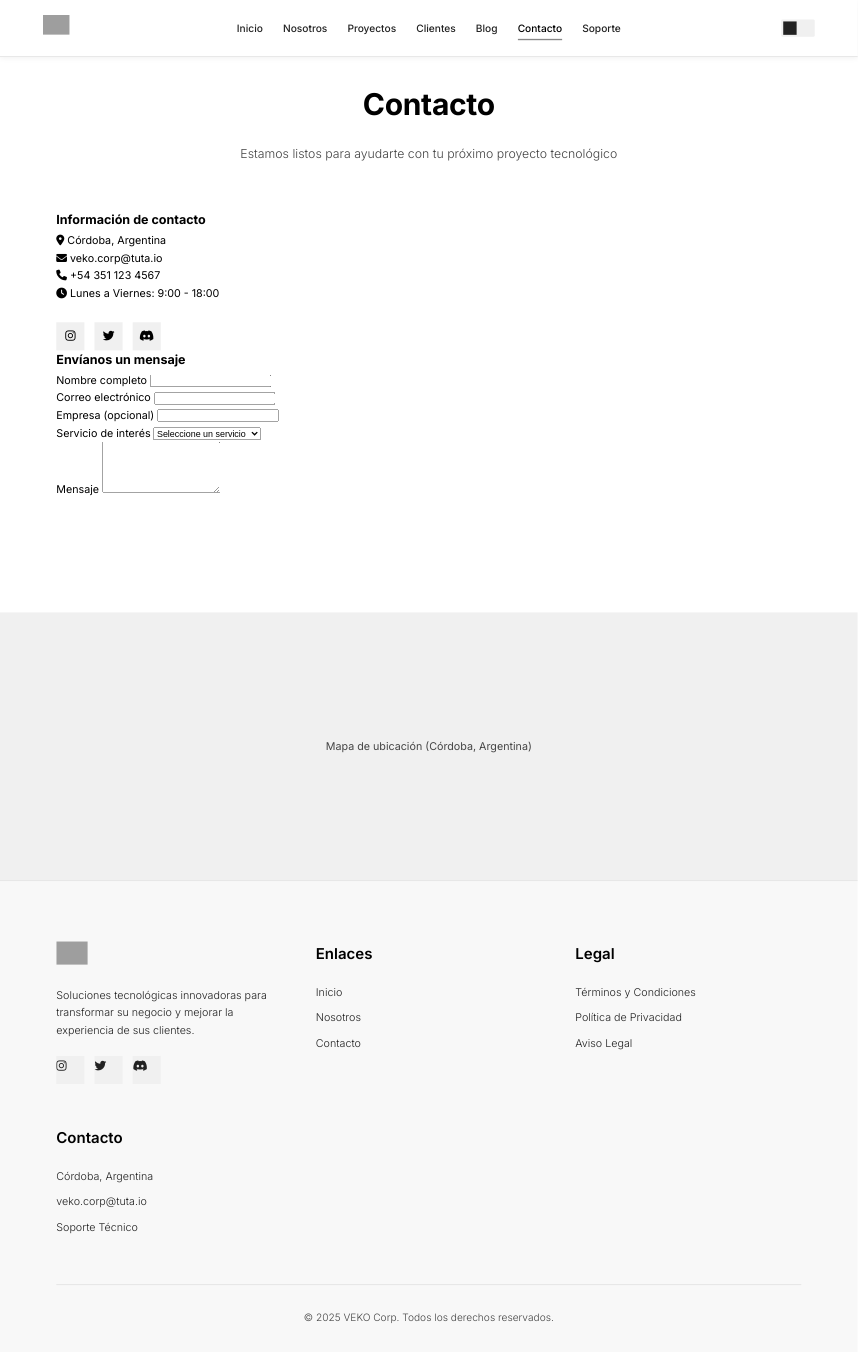
Repository: VEKO-Corp/veko-web
Page: contacto.html
These files come from the project's save history. The page is drawn as it stood at one moment and after the next save; the edit follows.
The browser window is 1280 px wide. The pictures show the whole page, at 67% of full size.
Pictures or frames that could not be fetched are drawn as grey boxes.

Above is the page before, as saved 2025-08-11 21:29:31.

### contacto.html
<!DOCTYPE html>
<html lang="es">
<head>
    <meta charset="UTF-8">
    <meta name="viewport" content="width=device-width, initial-scale=1.0">
    <title>VEKO - Contacto</title>
    <link href="https://fonts.googleapis.com/css2?family=Inter:wght@300;400;500;600;700&display=swap" rel="stylesheet">
    <link rel="stylesheet" href="css/style.css">
    <link rel="stylesheet" href="https://cdnjs.cloudflare.com/ajax/libs/font-awesome/6.4.0/css/all.min.css">
</head>
<body>
    <header>
        <div class="container header-container">
            <a href="index.html" class="logo">
                <img id="logo-image" src="img/logo-light.png" alt="VEKO">
            </a>
            <button class="mobile-menu-btn">☰</button>
            <nav>
                <ul>
                    <li><a href="index.html">Inicio</a></li>
                    <li><a href="nosotros.html">Nosotros</a></li>
                    <li><a href="proyectos.html">Proyectos</a></li>
                    <li><a href="clientes.html">Clientes</a></li>
                    <li><a href="blog.html">Blog</a></li>
                    <li><a href="contacto.html" class="active">Contacto</a></li>
                    <li><a href="soporte.html">Soporte</a></li>
                </ul>
            </nav>
            <div class="theme-toggle" id="themeToggle" aria-label="Cambiar tema">
                <div class="switch-handle"></div>
            </div>
        </div>
    </header>

    <section id="contacto">
        <div class="container">
            <div class="section-title fade-in">
                <h2>Contacto</h2>
                <p>Estamos listos para ayudarte con tu próximo proyecto tecnológico</p>
            </div>

            <div class="contact-container">
                <div class="contact-info fade-in delay-1">
                    <h3>Información de contacto</h3>
                    <p><i class="fas fa-map-marker-alt"></i> Córdoba, Argentina</p>
                    <p><i class="fas fa-envelope"></i> veko.corp@tuta.io</p>
                    <p><i class="fas fa-phone"></i> +54 351 123 4567</p>
                    <p><i class="fas fa-clock"></i> Lunes a Viernes: 9:00 - 18:00</p>

                    <div class="social-icons" style="margin-top: 30px;">
                        <a href="https://instagram.com" class="social-icon" target="_blank" rel="noopener">
                        <i class="fab fa-instagram"></i>
                        </a>
                        <a href="https://twitter.com" class="social-icon" target="_blank" rel="noopener">
                        <i class="fab fa-twitter"></i>
                        </a>
                        <a href="https://discord.gg/Fd7Y59jMyu" class="social-icon" target="_blank" rel="noopener">
                        <i class="fab fa-discord"></i>
                        </a>
                    </div>
                </div>

                <div class="contact-form fade-in delay-2">
                    <h3>Envíanos un mensaje</h3>
                    <form id="contactForm">
                        <div class="form-group">
                            <label for="name">Nombre completo</label>
                            <input type="text" id="name" name="name" required>
                        </div>

                        <div class="form-group">
                            <label for="email">Correo electrónico</label>
                            <input type="email" id="email" name="email" required>
                        </div>

                        <div class="form-group">
                            <label for="company">Empresa (opcional)</label>
                            <input type="text" id="company" name="company">
                        </div>

                        <div class="form-group">
                            <label for="service">Servicio de interés</label>
                            <select id="service" name="service">
                                <option value="">Seleccione un servicio</option>
                                <option value="desarrollo">Desarrollo de Software</option>
                                <option value="cloud">Cloud Computing</option>
                                <option value="ia">Inteligencia Artificial</option>
                                <option value="seguridad">Ciberseguridad</option>
                                <option value="ux">Experiencia de Usuario</option>
                                <option value="datos">Análisis de Datos</option>
                            </select>
                        </div>

                        <div class="form-group">
                            <label for="message">Mensaje</label>
                            <textarea id="message" name="message" rows="5" required></textarea>
                        </div>

                        <button type="submit" class="btn">Enviar mensaje</button>
                    </form>
                </div>
            </div>
        </div>
    </section>

    <section id="mapa" style="padding: 0; height: 400px; background-color: var(--bg-tertiary); display: flex; align-items: center; justify-content: center; color: var(--text-tertiary);">
        Mapa de ubicación (Córdoba, Argentina)
    </section>

    <footer>
        <div class="container">
            <div class="footer-content">
                <div class="footer-column fade-in">
                    <div class="logo-footer">
                        <img id="footer-logo" src="img/logo-light.png" alt="VEKO">
                    </div>
                    <p>Soluciones tecnológicas innovadoras para transformar su negocio y mejorar la experiencia de sus clientes.</p>
                    <div class="social-icons">
                        <a href="https://instagram.com" class="social-icon" target="_blank" rel="noopener">
                        <i class="fab fa-instagram"></i>
                        </a>
                        <a href="https://twitter.com" class="social-icon" target="_blank" rel="noopener">
                        <i class="fab fa-twitter"></i>
                        </a>
                        <a href="https://discord.gg/Fd7Y59jMyu" class="social-icon" target="_blank" rel="noopener">
                        <i class="fab fa-discord"></i>
                        </a>
                    </div>
                </div>

                <div class="footer-column fade-in delay-1">
                    <h3>Enlaces</h3>
                    <a href="index.html">Inicio</a>
                    <a href="nosotros.html">Nosotros</a>
                    <a href="contacto.html" class="active">Contacto</a>
                </div>

                <div class="footer-column fade-in delay-2">
                    <h3>Legal</h3>
                    <a href="terminos-y-condiciones-de-uso.html">Términos y Condiciones</a>
                    <a href="politica-de-privacidad.html">Política de Privacidad</a>
                    <a href="aviso-legal.html">Aviso Legal</a>
                </div>

                <div class="footer-column fade-in delay-3">
                    <h3>Contacto</h3>
                    <p>Córdoba, Argentina</p>
                    <p>veko.corp@tuta.io</p>
                    <a href="soporte.html">Soporte Técnico</a>
                </div>
            </div>

            <div class="footer-bottom fade-in delay-4">
                <p>&copy; 2025 VEKO Corp. Todos los derechos reservados.</p>
            </div>
        </div>
    </footer>

    <script src="js/script.js"></script>
</body>
</html>

Loaded but not shown: js/script.js (119 lines, source omitted); css/style.css (733 lines, source omitted)

After the next save:
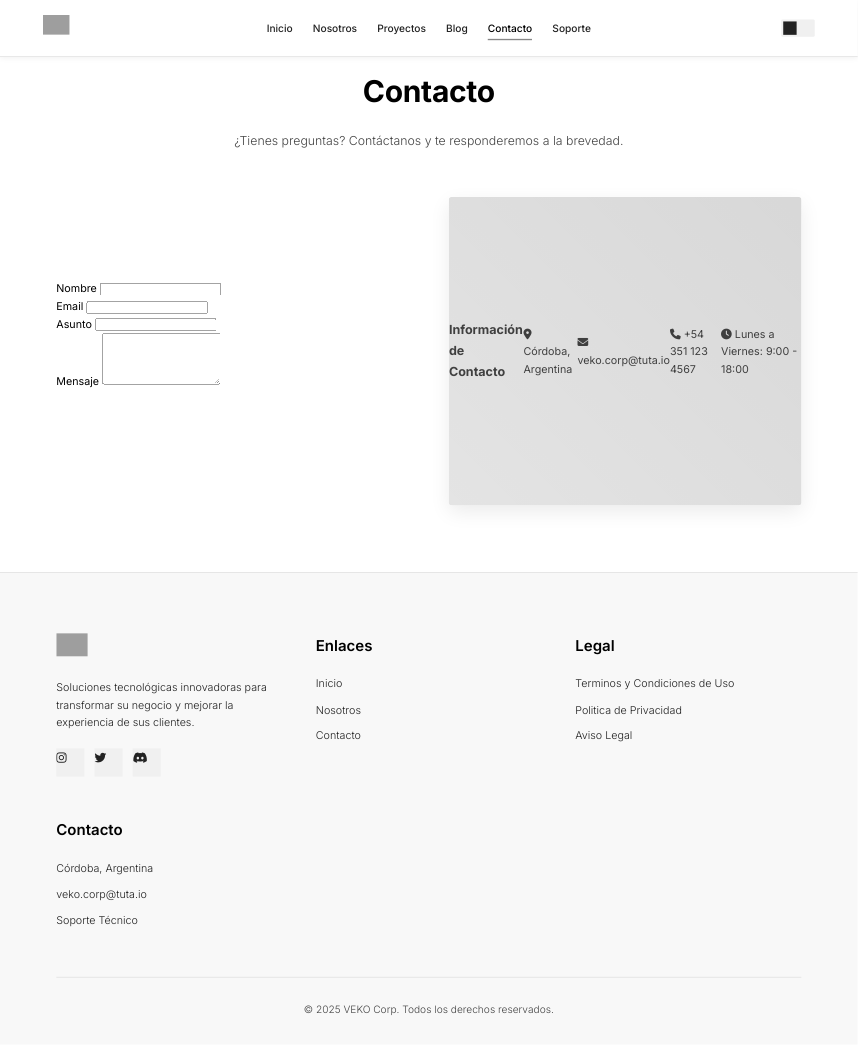
Saved 9 s later.
--- a/contacto.html
+++ b/contacto.html
@@ -3,7 +3,7 @@
 <head>
     <meta charset="UTF-8">
     <meta name="viewport" content="width=device-width, initial-scale=1.0">
-    <title>VEKO - Contacto</title>
+    <title>Contacto - VEKO</title>
     <link href="https://fonts.googleapis.com/css2?family=Inter:wght@300;400;500;600;700&display=swap" rel="stylesheet">
     <link rel="stylesheet" href="css/style.css">
     <link rel="stylesheet" href="https://cdnjs.cloudflare.com/ajax/libs/font-awesome/6.4.0/css/all.min.css">
@@ -20,7 +20,6 @@
                     <li><a href="index.html">Inicio</a></li>
                     <li><a href="nosotros.html">Nosotros</a></li>
                     <li><a href="proyectos.html">Proyectos</a></li>
-                    <li><a href="clientes.html">Clientes</a></li>
                     <li><a href="blog.html">Blog</a></li>
                     <li><a href="contacto.html" class="active">Contacto</a></li>
                     <li><a href="soporte.html">Soporte</a></li>
@@ -32,79 +31,44 @@
         </div>
     </header>
 
-    <section id="contacto">
+    <section class="content-section">
         <div class="container">
-            <div class="section-title fade-in">
+            <div class="section-title">
                 <h2>Contacto</h2>
-                <p>Estamos listos para ayudarte con tu próximo proyecto tecnológico</p>
+                <p>¿Tienes preguntas? Contáctanos y te responderemos a la brevedad.</p>
             </div>
 
-            <div class="contact-container">
-                <div class="contact-info fade-in delay-1">
-                    <h3>Información de contacto</h3>
+            <div class="about-content">
+                <div class="about-text fade-in">
+                    <form class="contact-form">
+                        <div class="form-group">
+                            <label for="name">Nombre</label>
+                            <input type="text" id="name" name="name" required>
+                        </div>
+                        <div class="form-group">
+                            <label for="email">Email</label>
+                            <input type="email" id="email" name="email" required>
+                        </div>
+                        <div class="form-group">
+                            <label for="subject">Asunto</label>
+                            <input type="text" id="subject" name="subject" required>
+                        </div>
+                        <div class="form-group">
+                            <label for="message">Mensaje</label>
+                            <textarea id="message" name="message" rows="5" required></textarea>
+                        </div>
+                        <button type="submit" class="btn">Enviar Mensaje</button>
+                    </form>
+                </div>
+                <div class="about-image fade-in delay-1">
+                    <h3>Información de Contacto</h3>
                     <p><i class="fas fa-map-marker-alt"></i> Córdoba, Argentina</p>
                     <p><i class="fas fa-envelope"></i> veko.corp@tuta.io</p>
                     <p><i class="fas fa-phone"></i> +54 351 123 4567</p>
                     <p><i class="fas fa-clock"></i> Lunes a Viernes: 9:00 - 18:00</p>
-
-                    <div class="social-icons" style="margin-top: 30px;">
-                        <a href="https://instagram.com" class="social-icon" target="_blank" rel="noopener">
-                        <i class="fab fa-instagram"></i>
-                        </a>
-                        <a href="https://twitter.com" class="social-icon" target="_blank" rel="noopener">
-                        <i class="fab fa-twitter"></i>
-                        </a>
-                        <a href="https://discord.gg/Fd7Y59jMyu" class="social-icon" target="_blank" rel="noopener">
-                        <i class="fab fa-discord"></i>
-                        </a>
-                    </div>
-                </div>
-
-                <div class="contact-form fade-in delay-2">
-                    <h3>Envíanos un mensaje</h3>
-                    <form id="contactForm">
-                        <div class="form-group">
-                            <label for="name">Nombre completo</label>
-                            <input type="text" id="name" name="name" required>
-                        </div>
-
-                        <div class="form-group">
-                            <label for="email">Correo electrónico</label>
-                            <input type="email" id="email" name="email" required>
-                        </div>
-
-                        <div class="form-group">
-                            <label for="company">Empresa (opcional)</label>
-                            <input type="text" id="company" name="company">
-                        </div>
-
-                        <div class="form-group">
-                            <label for="service">Servicio de interés</label>
-                            <select id="service" name="service">
-                                <option value="">Seleccione un servicio</option>
-                                <option value="desarrollo">Desarrollo de Software</option>
-                                <option value="cloud">Cloud Computing</option>
-                                <option value="ia">Inteligencia Artificial</option>
-                                <option value="seguridad">Ciberseguridad</option>
-                                <option value="ux">Experiencia de Usuario</option>
-                                <option value="datos">Análisis de Datos</option>
-                            </select>
-                        </div>
-
-                        <div class="form-group">
-                            <label for="message">Mensaje</label>
-                            <textarea id="message" name="message" rows="5" required></textarea>
-                        </div>
-
-                        <button type="submit" class="btn">Enviar mensaje</button>
-                    </form>
                 </div>
             </div>
         </div>
-    </section>
-
-    <section id="mapa" style="padding: 0; height: 400px; background-color: var(--bg-tertiary); display: flex; align-items: center; justify-content: center; color: var(--text-tertiary);">
-        Mapa de ubicación (Córdoba, Argentina)
     </section>
 
     <footer>
@@ -132,13 +96,13 @@
                     <h3>Enlaces</h3>
                     <a href="index.html">Inicio</a>
                     <a href="nosotros.html">Nosotros</a>
-                    <a href="contacto.html" class="active">Contacto</a>
+                    <a href="contacto.html">Contacto</a>
                 </div>
 
                 <div class="footer-column fade-in delay-2">
                     <h3>Legal</h3>
-                    <a href="terminos-y-condiciones-de-uso.html">Términos y Condiciones</a>
-                    <a href="politica-de-privacidad.html">Política de Privacidad</a>
+                    <a href="terminos-y-condiciones-de-uso.html">Terminos y Condiciones de Uso</a>
+                    <a href="politica-de-privacidad.html">Politica de Privacidad</a>
                     <a href="aviso-legal.html">Aviso Legal</a>
                 </div>
 
